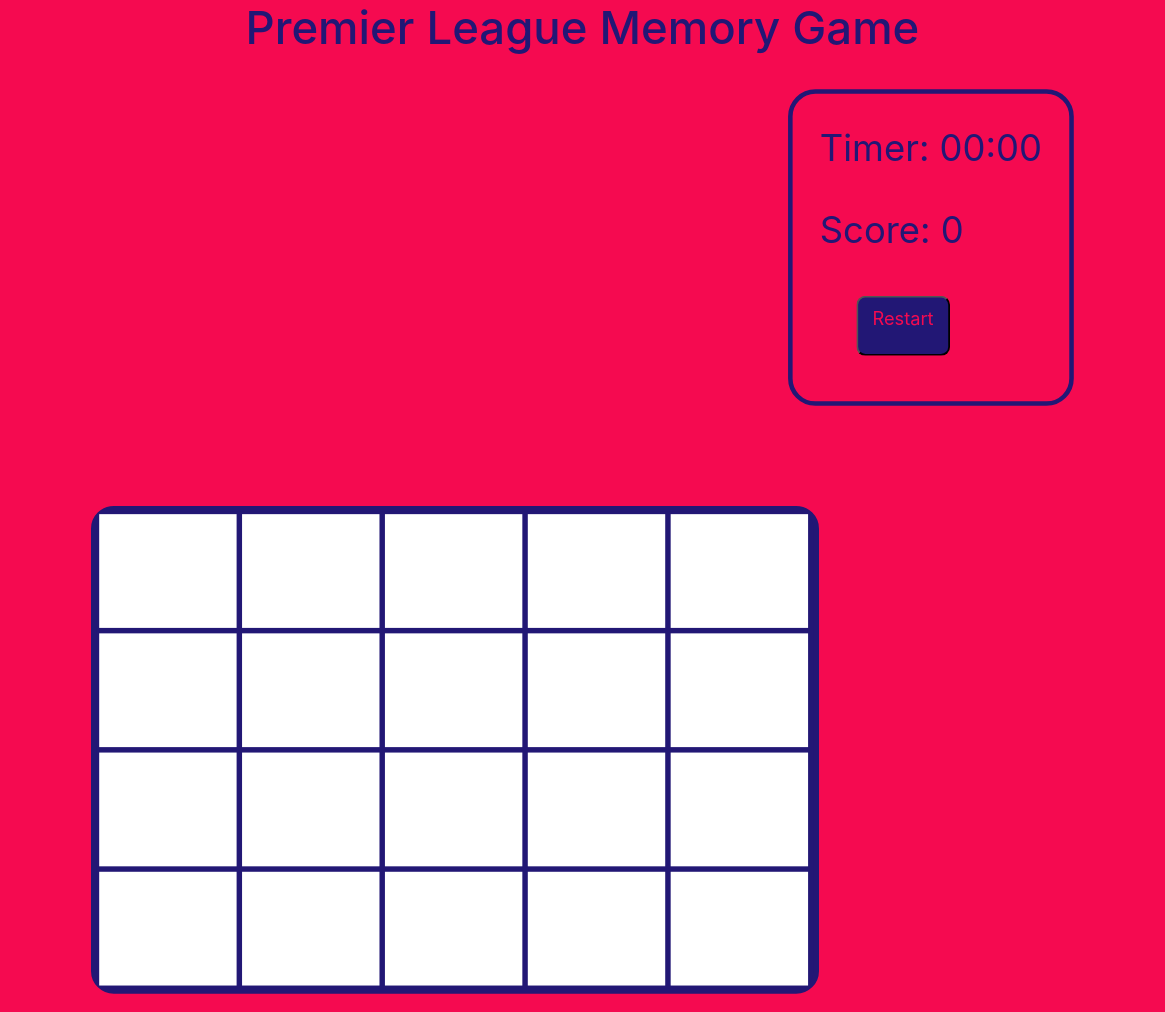
Repository: IchaTreasure/Premier-League-Memory-Game-
Page: index.html
The author's editor kept a record of every edit. The page is drawn from the files as they stood at one moment, then again after the next edit.
The browser window is 1280 px wide. The pictures show the whole page, at 91% of full size.
Some web libraries are served in a nearby version.

Above is the page before.

After the next edit:
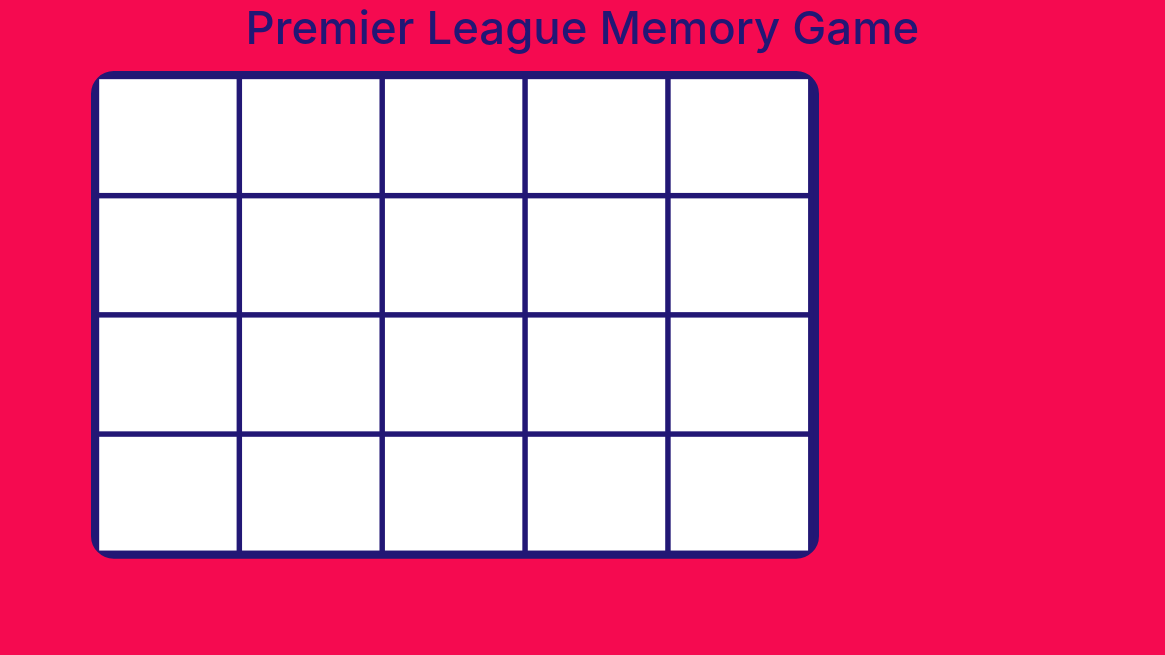
Console error: TypeError: Cannot read properties of null (reading 'addEventListener')
The edit:
--- a/index.html
+++ b/index.html
@@ -26,27 +26,7 @@
         Premier League Memory Game
     </h1>
 
-    <!-- div for info about the current status of the game i.e time, score, flips -->
-    <div class="game-info">
-
-        <!-- div to show timer -->
-        <div class="game-timer">
-            <span>Timer:</span>
-            <span>00:00</span>
-        </div>
-
-        <!-- div to show currnet score -->
-        <div id="game-score">
-        <span>Score:</span>
-        <span>0</span>
-        </div>
-
-        <!-- div to reset the game -->
-        <button id="reset-game" class = "btn-lg active">
-       <p style="color: #f50a50;">Restart</p>
-        </button>
-
-    </div>
+
 
     <!-- div for the 4x5 Memory game -->
     <div id="game-container">

After the edit that followed:
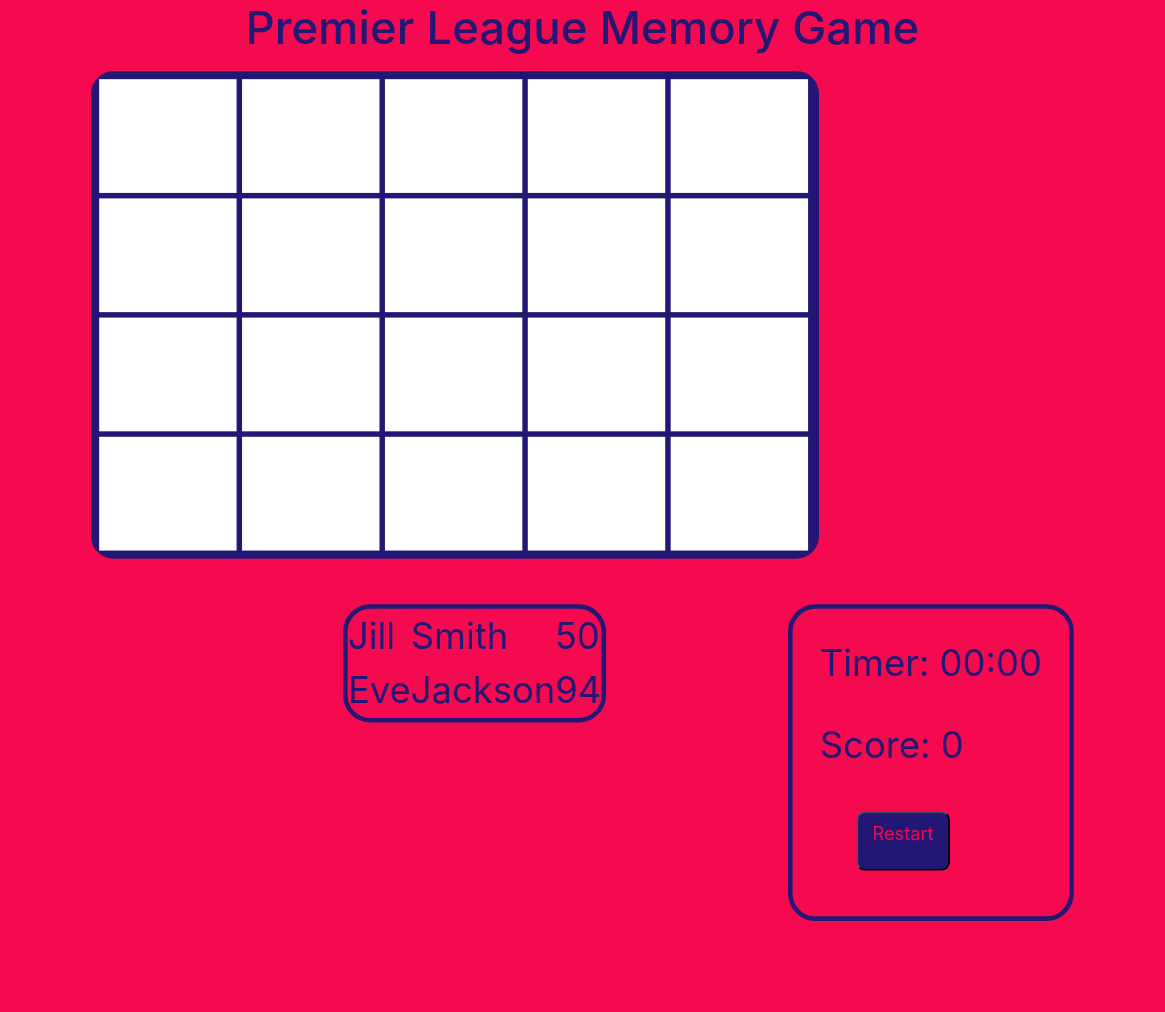
The error is gone.
The edit:
--- a/index.html
+++ b/index.html
@@ -176,7 +176,7 @@
             <div id="back-card15" class="back-card">
                 <img src="Images/chelsea.png"></img>
             </div>
-           <div id="front-card15" class="front-card">
+            <div id="front-card15" class="front-card">
 
             </div>
         </div>
@@ -233,8 +233,48 @@
 
     </div>
 
-<script type="text/javascript" src="images.js"></script>
-<script type="text/javascript" src="script.js"></script>
+    <!-- div for info about the current status of the game i.e time, score, flips -->
+    <div class="game-info">
+
+        <!-- div to show timer -->
+        <div class="game-timer">
+            <span>Timer:</span>
+            <span>00:00</span>
+        </div>
+
+        <!-- div to show currnet score -->
+        <div id="game-score">
+            <span>Score:</span>
+            <span>0</span>
+        </div>
+
+        <!-- div to reset the game -->
+        <button id="reset-game" class="btn-lg active">
+       <p style="color: #f50a50;">Restart</p>
+        </button>
+
+    </div>
+
+
+
+    <div class="game-info">
+        <table style="width:100%">
+            <tr>
+                <td>Jill</td>
+                <td>Smith</td>
+                <td>50</td>
+            </tr>
+            <tr>
+                <td>Eve</td>
+                <td>Jackson</td>
+                <td>94</td>
+            </tr>
+        </table>
+
+    </div>
+
+    <script type="text/javascript" src="images.js"></script>
+    <script type="text/javascript" src="script.js"></script>
 
     <script src="https://code.jquery.com/jquery-3.3.1.slim.min.js" integrity="sha384-q8i/X+965DzO0rT7abK41JStQIAqVgRVzpbzo5smXKp4YfRvH+8abtTE1Pi6jizo" crossorigin="anonymous"></script>
     <script src="https://cdnjs.cloudflare.com/ajax/libs/popper.js/1.14.7/umd/popper.min.js" integrity="sha384-UO2eT0CpHqdSJQ6hJty5KVphtPhzWj9WO1clHTMGa3JDZwrnQq4sF86dIHNDz0W1" crossorigin="anonymous"></script>
